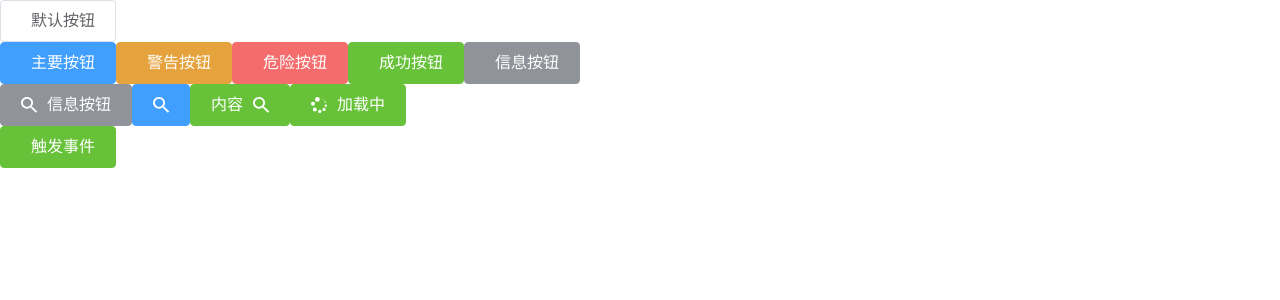
Repository: onlyadaydreamer/dreamer-ui
Page: /
These files come from the project's save history. The page is drawn as it stood at one moment and after the next save; the edit follows.
The browser window is 1280 px wide. The pictures show the whole page.
The project was rebuilt for these pictures with package versions that can differ from the ones it lists, and the page was loaded fresh each time. Also part of the build but not shown: src/styles/icon.js, src/packages/index.js.

Above is the page before, as saved 2020-05-14 09:09:45.

### src/main.js
import Vue from 'vue'
import App from './App.vue'

Vue.config.productionTip = false

import dreamerUI from './packages/index';
Vue.use(dreamerUI);

new Vue({
  render: h => h(App),
}).$mount('#app')

### src/App.vue
<template>
    <div id="app">
        <!-- 默认按钮 -->
        <dreamer-button>默认按钮</dreamer-button>
        <br />
        <!-- 带类型的按钮 -->
        <dreamer-button type="primary">主要按钮</dreamer-button>
        <dreamer-button type="warning">警告按钮</dreamer-button>
        <dreamer-button type="danger">危险按钮</dreamer-button>
        <dreamer-button type="success">成功按钮</dreamer-button>
        <dreamer-button type="info">信息按钮</dreamer-button>
        <br />
        <!-- 带icon的按钮 -->
        <dreamer-button type="info" icon="search">信息按钮</dreamer-button>
        <dreamer-button type="primary" icon="search"></dreamer-button>
        <dreamer-button type="success" icon="search" icon-position="right">内容</dreamer-button>
        <!-- loading按钮 -->
        <dreamer-button type="success" icon="loading" :loading="true">加载中</dreamer-button>
        <br />
        <!-- 触发事件 -->
        <dreamer-button type="success" @click="fn">触发事件</dreamer-button>
        <!-- 分组按钮 -->
        <dreamer-button-group>
            <dreamer-button type="primary" icon="left" icon-position="left">上一页</dreamer-button>
            <dreamer-button type="primary" icon="right" icon-position="right">下一页</dreamer-button>
        </dreamer-button-group>
    </div>
</template>

<script>

export default {
    name: 'app',
    methods: {
        fn() {
            alert('click');
        }
    }
}
</script>

<style lang="scss">
</style>

### src/packages/button.vue
<template>
    <button class="dreamer-button" :class="btnClass" :disabled="loading" @click="$emit('click', $event)">
        <dreamer-icon v-if="icon && !loading" :icon="icon" class="icon"></dreamer-icon>
        <dreamer-icon v-if="icon && loading" :icon="icon" class="icon"></dreamer-icon>
        <!--有可能不写文案-->
        <span v-if="this.$slots.default">
            <slot></slot>
        </span>
    </button>
</template>

<script>
export default {
    name: 'dreamer-button',
    props: {
        type: {
            type: String,
            default: '',
            validator(type) {
                if (type && !['primary', 'success', 'warning', 'info', 'danger'].includes(type)) {
                    console.error('type类型必须为' + ['primary', 'success', 'warning', 'info', 'danger'].join('、'));
                }
                return true;// 最终都通过校验
            }
        },
        icon: {
            type: String
        },
        iconPosition: {
            type: String,
            default: 'left',
            validator(position) {
                if (position && !['left', 'right'].includes(position)) {
                    console.error('position必须为' + ['left', 'right'].join('、'));
                }
                return true;
            }
        },
        loading: {
            type: Boolean,
            default: false
        }
    },
    computed: {
        btnClass() {
            let classes = [];
            if (this.type) {
                classes.push(`dreamer-button-${this.type}`);
            }
            if (this.iconPosition) {
                classes.push(`dreamer-button-${this.iconPosition}`);
            }
            return classes;
        }
    }
}
</script>

<style lang="scss">
@import "../styles/_var.scss";
$height: 42px;
$font-size: 16px;
$color: #606266;
$border-color: #dcdfe6;
$background: #ecf5ff;
$active-color: #3a8ee6;

.dreamer-button {
    border-radius: $border-radius;
    border: 1px solid $border-color;
    color: $color;
    background: #fff;
    height: $height;
    cursor: pointer;
    font-size: $font-size;
    line-height: 1;
    padding: 12px 20px;
    display: inline-flex;
    justify-content: center;
    vertical-align: middle;
    &:hover {
        border-color: $border-color;
        background-color: $background;
    }
    &:focus,
    &:active {
        color: $active-color;
        border: 1px solid $active-color;
        outline: none;
        background-color: $background;
    }
    //   &-primary {}
    //   &-success {}
    //    ... 这么一遍一遍写太麻烦
    @each $type,
        $color
            in (
                primary: $primary,
                success: $success,
                info: $info,
                warning: $warning,
                danger: $danger
            )
    {
        &-#{$type} {
            background: #{$color};
            border: 1px solid #{$color};
            color: #fff;
            fill: #fff;// 设置填充内容的颜色
        }
    }
    @each $type,
        $color
            in (
                primary: $primary-hover,
                success: $success-hover,
                info: $info-hover,
                warning: $warning-hover,
                danger: $danger-hover
            )
    {
        &-#{$type}:hover {
            background: #{$color};
            border: 1px solid #{$color};
            color: #fff;
        }
    }
    @each $type,
        $color
            in (
                primary: $primary-active,
                success: $success-active,
                info: $info-active,
                warning: $warning-active,
                danger: $danger-active
            )
    {
        &-#{$type}:active,
        &-#{$type}:focus {
            background: #{$color};
            border: 1px solid #{$color};
            color: #fff;
        }
    }
    .icon {
        width: 16px;
        height: 16px;
    }

    &-left {// 通过order控制顺序
        svg{order: 1};
        span {order: 2; margin-left: 10px;};
    }
    &-right {
        svg{order: 2};
        span {order: 1; margin-right: 10px;};
    }
    &[disabled] {// 属性选择器
        cursor: not-allowed;
    }
}
</style>

### src/packages/icon.vue
<template>
   <svg class="dreamer-icon" aria-hidden="true">
        <use :xlink:href="`#icon-${icon}`"></use>
    </svg>
</template>

<script>
import '../styles/icon';
export default {
    name: 'dreamer-icon',
    props: {
        icon: {
            type: String,
            required: true
        }
    }
}
</script>

<style lang="scss">
.dreamer-icon {
       width: 25px;
       height: 25px;
       vertical-align: middle;
    }
</style>

### src/packages/button-group.vue
<template>
   <div class="dreamer-button-group">

   </div>
</template>

<script>
export default {
    name: 'dreamer-button-group',
}
</script>

<style>

</style>

### src/styles/_var.scss
$border-radius: 4px;

$primary: #409EFF;
$success: #67C23A;
$warning: #E6A23C;
$danger: #F56C6C;
$info: #909399;

$primary-hover: #66B1FF;
$success-hover: #85CE61;
$warning-hover: #EBB563;
$danger-hover: #F78989;
$info-hover: #A6A9AD;

$primary-active: #3A8EE6;
$success-active: #5DAF34;
$warning-active: #CF9236;
$danger-active: #DD6161;
$info-active: #82848A;

* {
    padding: 0;
    margin: 0;
    box-sizing: border-box;
}

Loaded but not shown: public/index.html (common file)

After the next save:
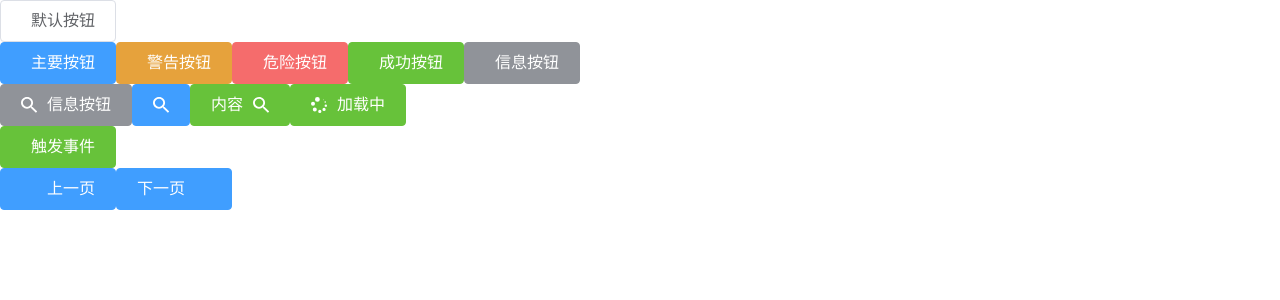
Saved 16 s later.
--- a/src/packages/button-group.vue
+++ b/src/packages/button-group.vue
@@ -1,6 +1,6 @@
 <template>
    <div class="dreamer-button-group">
-
+       <slot></slot>
    </div>
 </template>
 
